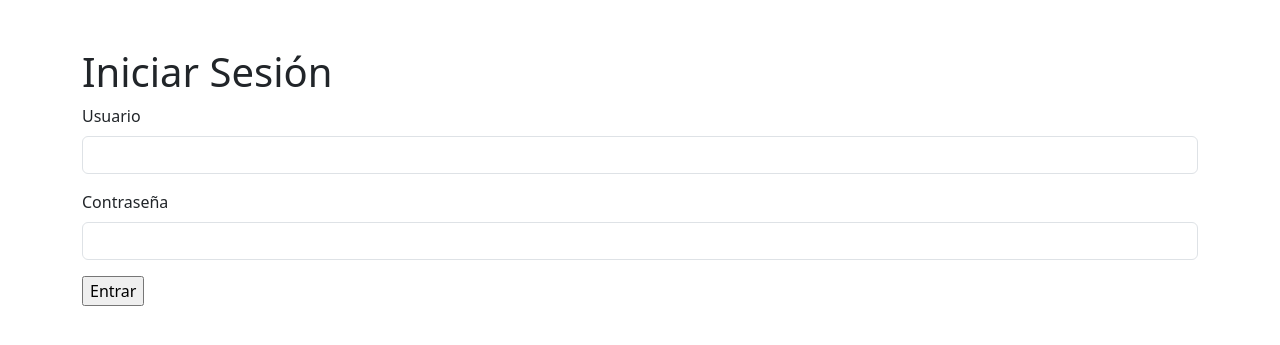
Repository: ingandresmolero/AdministrativoBarber
Page: http://localhost/
An editor plug-in stored every save of this project. The page is shown before and after the next save, followed by the edit.
The browser window is 1280 px wide. The pictures show the whole page.
The page is run by PHP 8.4 with error messages shown; the project is at /var/www/html/.

Above is the page before, as saved 2023-04-25 21:02:15.

After the next save:
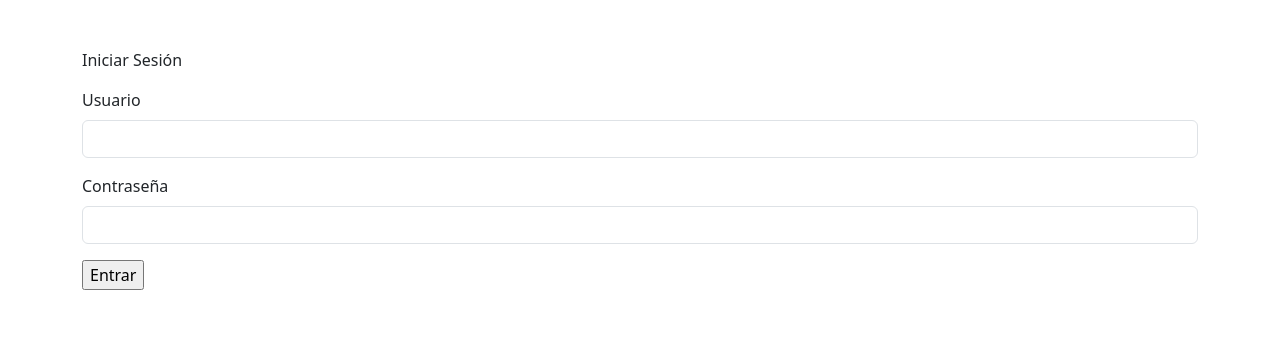
Saved 21 s later.
--- a/NEW/index.php
+++ b/NEW/index.php
@@ -14,7 +14,7 @@
 
 
     <section class="container mt-5">
-        <h1 class="page-heading">Iniciar Sesión</h1>
+        <p>Iniciar Sesión</p>
         <form action="" method="post">
 
                 <div class="mb-3 user">
